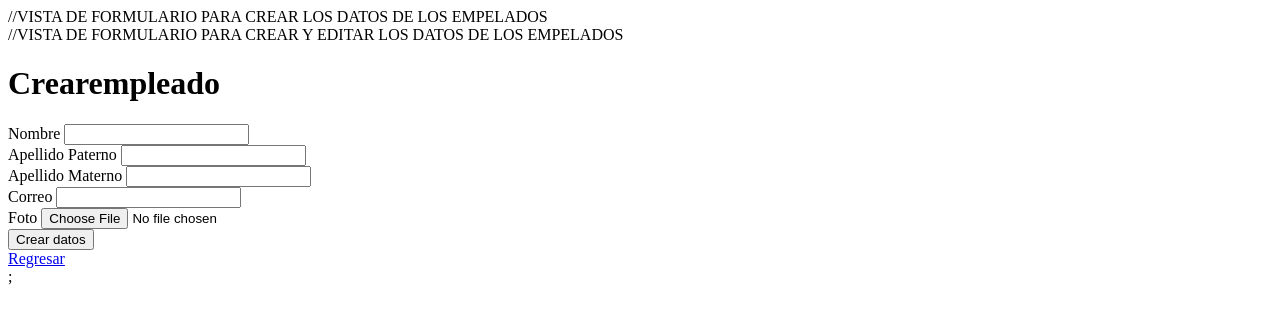
Repository: LionardoGomiz/CRUD-LARAVEL
Page: http://localhost/empleado/create
An editor plug-in stored every save of this project. The page is shown before and after the next save, followed by the edit.
The browser window is 1280 px wide. The pictures show the whole page.
The page is served by the project's Laravel application, run on PHP 8.4 with Laravel 8.

Above is the page before, as saved 2021-08-03 12:19:50.

After the next save:
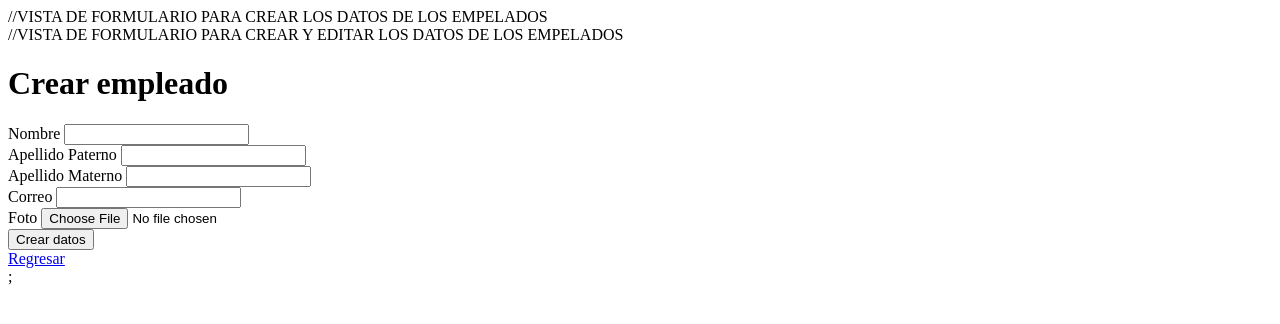
Saved 4 s later.
--- a/CRUD-Laravel/resources/views/empleado/form.blade.php
+++ b/CRUD-Laravel/resources/views/empleado/form.blade.php
@@ -1,5 +1,5 @@
 //VISTA DE FORMULARIO PARA CREAR Y EDITAR LOS DATOS DE LOS EMPELADOS
-<h1>{{$modo}}empleado</h1>
+<h1>{{$modo}} empleado</h1>
 <label for="Nombre">Nombre</label>
 <input type="text" name="Nombre" value="{{isset($empleado->Nombre)?$empleado->Nombre:''}}" id="Nombre">
 <br>
